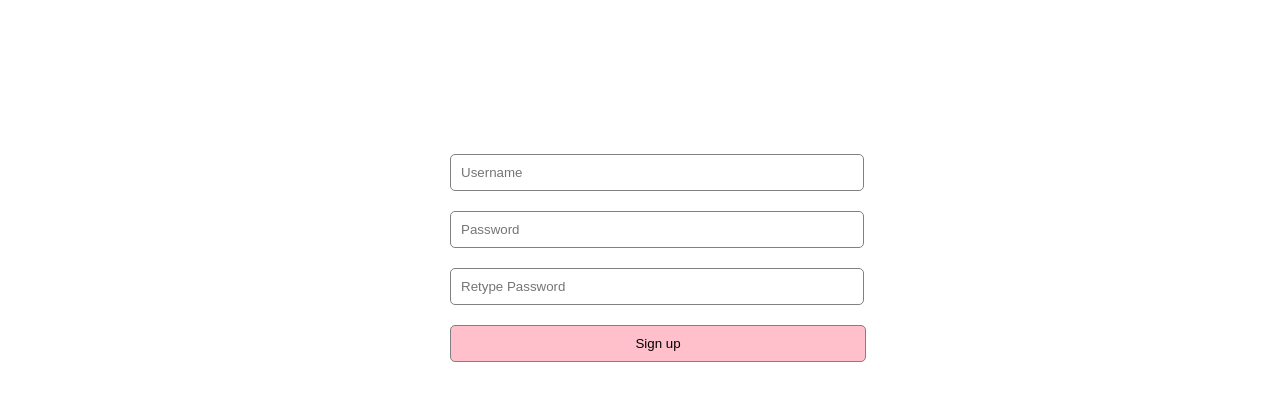
Repository: chathura226/SeekWork_Group_Project_I
Page: http://localhost/signup.php
These files come from the project's save history. The page is drawn as it stood at one moment and after the next save; the edit follows.
The browser window is 1280 px wide. The pictures show the whole page.
The page is run by PHP 8.4 with error messages shown; the project is at /var/www/html/.

Above is the page before, as saved 2023-12-05 20:42:58.
Console error: TypeError: Cannot read properties of null (reading 'addEventListener')

### chat/signup.php
<!DOCTYPE html>
<html>
    <head>
        <title>Chat</title>

    </head>
    <style type="text/css">

        @font-face {
            font-family: headFont;
            src: url(ui/fonts/Summer-Vibes-OTF.otf);
        }

        @font-face {
            font-family: myfont;
            src: url(ui/fonts/OpenSans-Regular.ttf);
        }


        #wrapper{

            max-width: 900px;
            min-height: 500px;
            display: flex;
            margin:auto;
            color:grey;
            font-family:myfont;
            font-size:13px;

        }

        form{
            margin:auto;
            padding:10px;
            width:100%;
            max-width: 400px;
        }

        input{
            padding:10px;
            margin:10px;
            width:98%;
            border-radius:5px;
            border:solid 1px grey;
        }

        input[type=submit]{
            width:104%;
            background-color:pink;
            cursor: pointer;
        }


    </style>
    <body>
        <div id="wrapper">

            <form>
                <input type="text"  name="username" placeholder="Username"><br>
                <input type="password"  name="password" placeholder="Password"><br>
                <input type="password"  name="password2" placeholder="Retype Password"><br>
                <input type="submit"  value="Sign up"><br>
            </form>


        </div>
    </body>
</html>

<script type="text/javascript">

    function _(element){
        return document.getElementById(element);
    }



    var label = _("label_chat");

    label.addEventListener("click",function(){

        var inner_pannel = _("inner_left_pannel");

        var ajax = new XMLHttpRequest();

        ajax.onload = function(){

            if(ajax.status==200 || ajax.readyState==4){

                inner_pannel.innerHTML = ajax.responseText;


            }


        }

        ajax.open("POST","file.txt",true);
        ajax.send();


    });



</script>

After the next save:
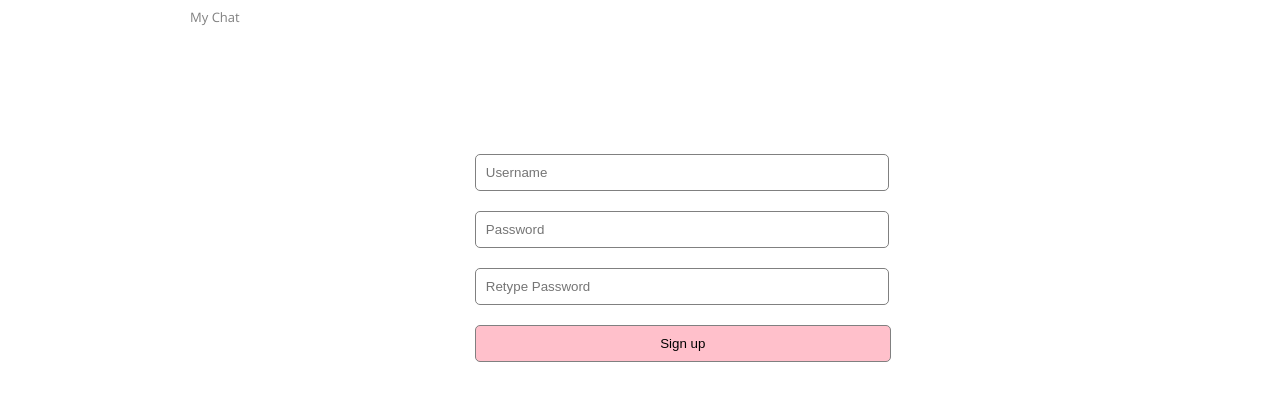
Saved 6 min 5 s later.
--- a/chat/signup.php
+++ b/chat/signup.php
@@ -55,6 +55,8 @@
     <body>
         <div id="wrapper">
 
+        <div>My Chat</div>
+
             <form>
                 <input type="text"  name="username" placeholder="Username"><br>
                 <input type="password"  name="password" placeholder="Password"><br>
